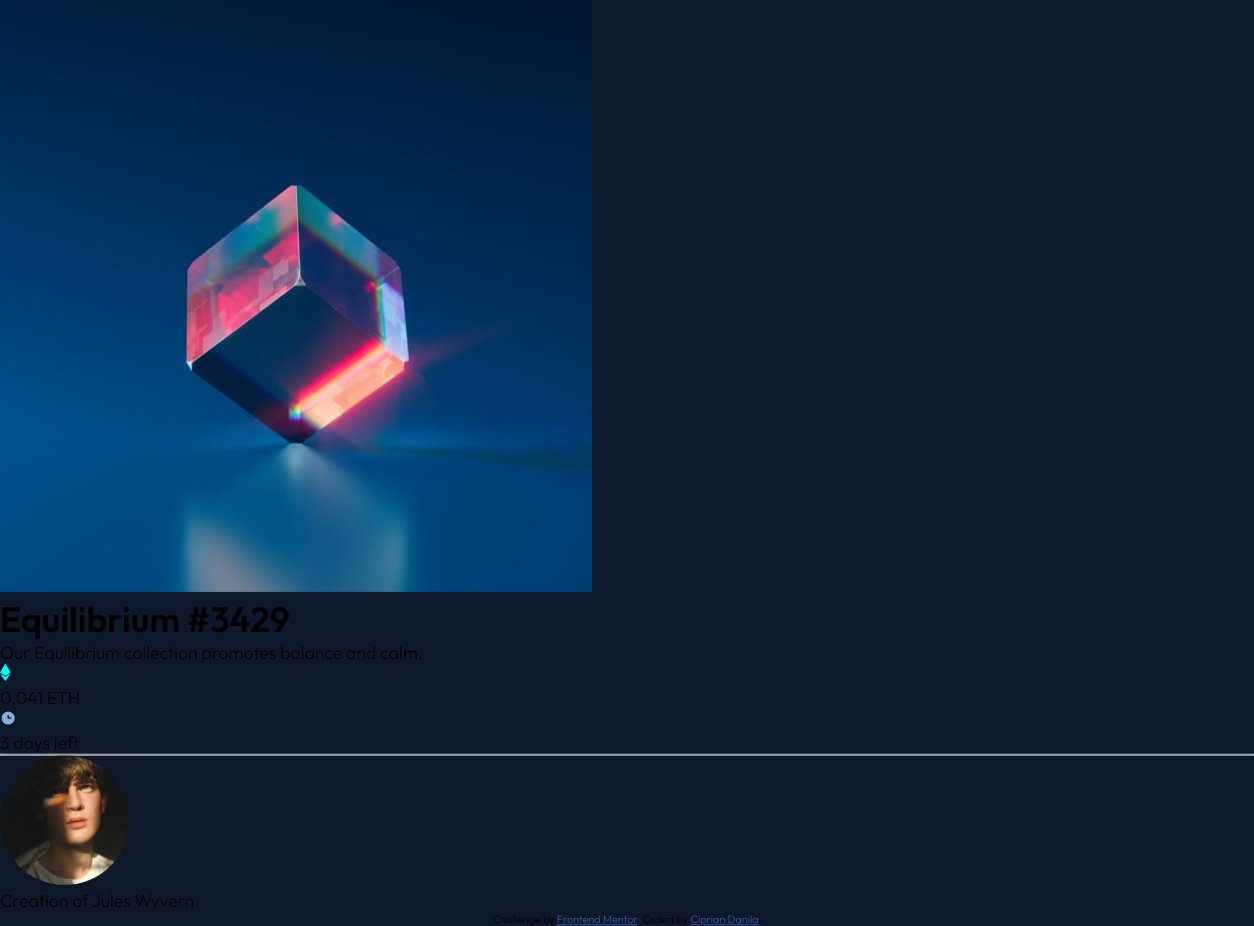
Repository: cipdanila/NFT-preview-card-component
Page: index.html
An editor plug-in stored every save of this project. The page is shown before and after the next save, followed by the edit.
The browser window is 1280 px wide. The pictures show the whole page, at 98% of full size.

Above is the page before, as saved 2024-01-26 20:40:04.

After the next save:
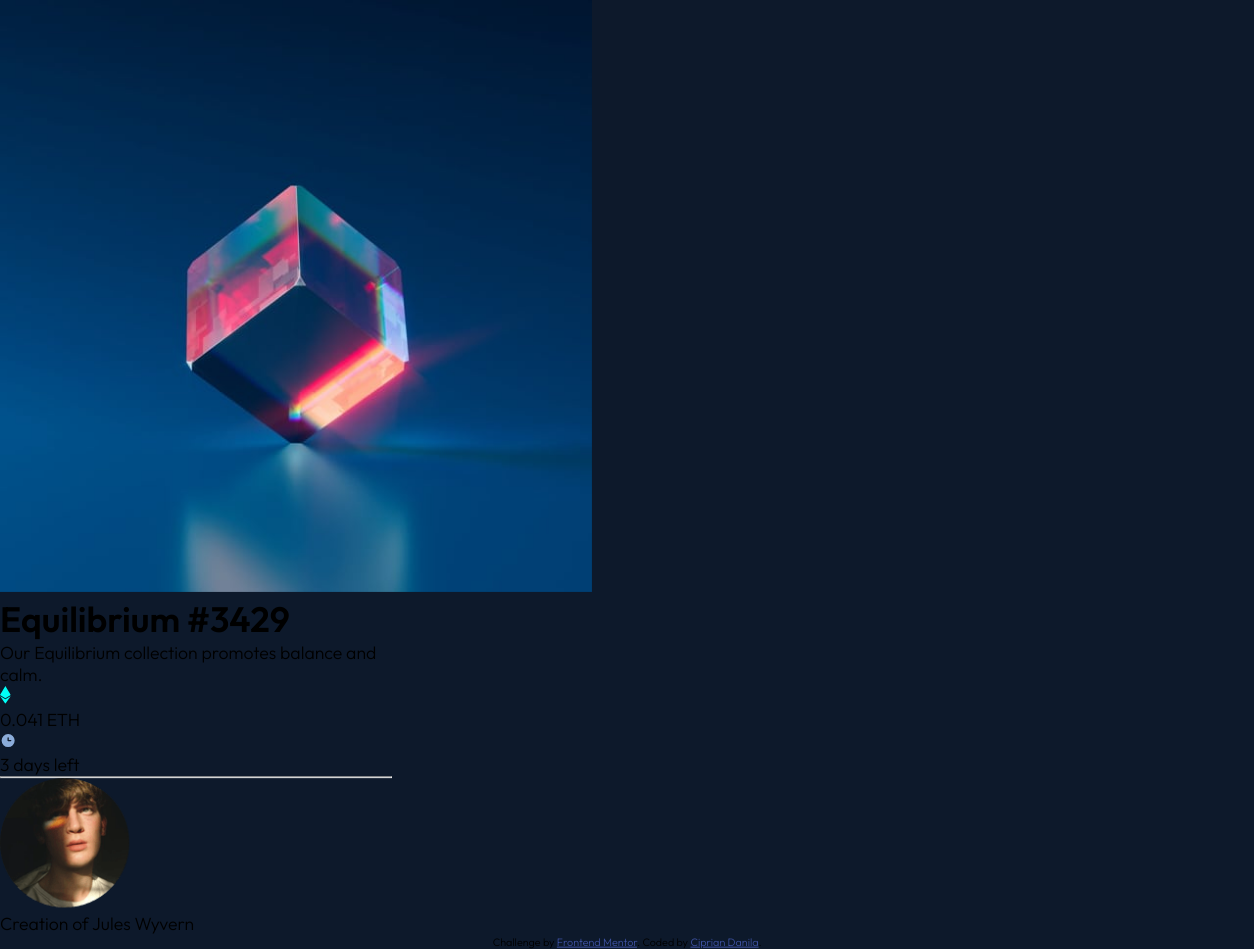
Saved 7 s later.
--- a/style.css
+++ b/style.css
@@ -28,7 +28,7 @@
 }
 
 .container {
-
+    max-width: 400px;
 }
 
 .attribution {
